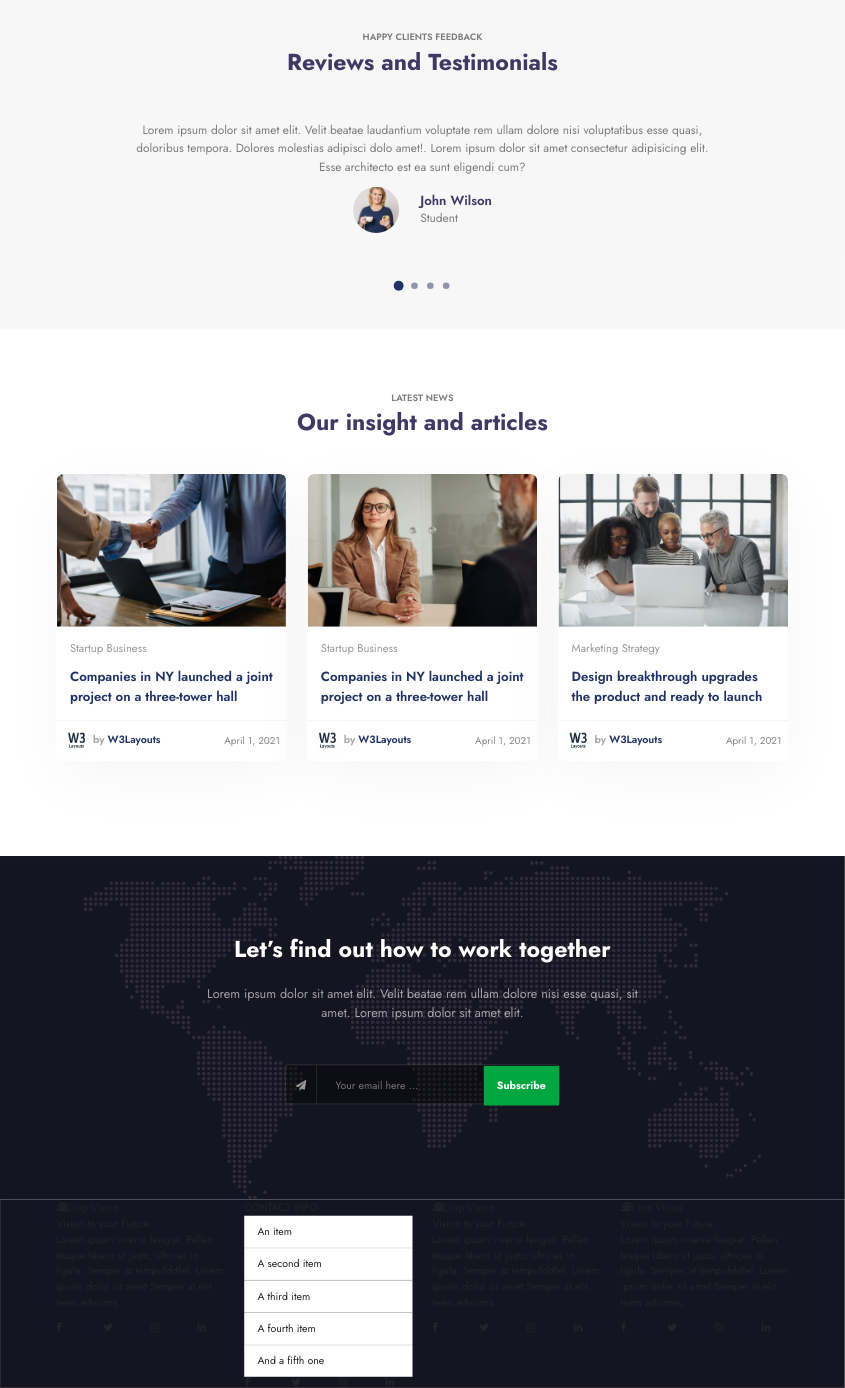
Repository: khaipnp/corpvision
Page: index.html
These files come from the project's save history. The page is drawn as it stood at one moment and after the next save; the edit follows.
The browser window is 1280 px wide. The pictures show the whole page, at 66% of full size.

Above is the page before, as saved 2021-07-04 12:46:00.

After the next save:
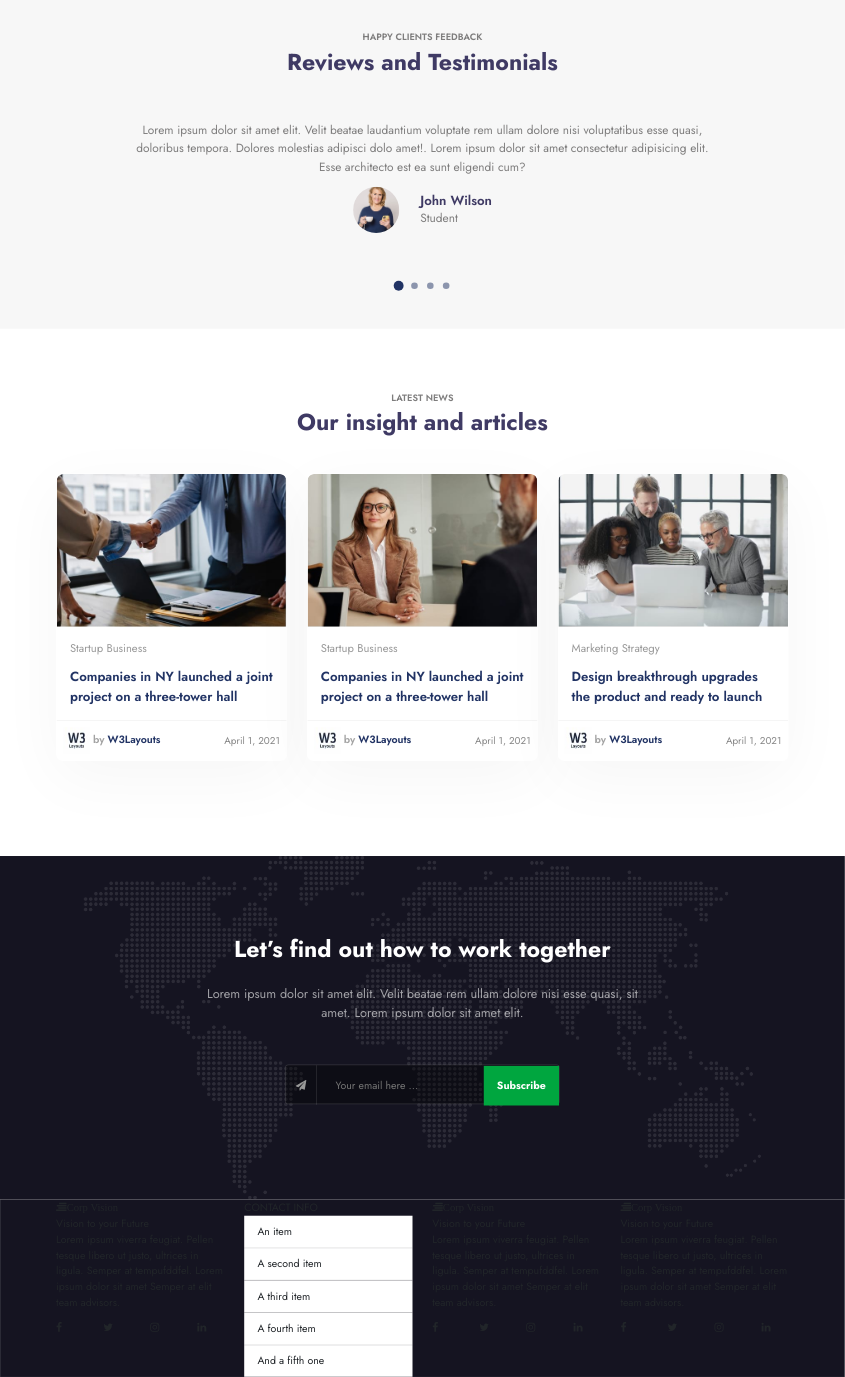
Saved 25 s later.
--- a/index.html
+++ b/index.html
@@ -253,12 +253,6 @@
               <li class="list-group-item">A fourth item</li>
               <li class="list-group-item">And a fifth one</li>
             </ul>
-            <div class="social__network row justify-content-start">
-              <i class="fa fa-facebook col-3"></i>
-              <i class="fa fa-twitter col-3"></i>
-              <i class="fa fa-instagram col-3"></i>
-              <i class="fa fa-linkedin col-3"></i>
-            </div>
           </div>
           <div class="footer__content col-3">
             <i class="fa fa-align-right">Corp Vision</i>
